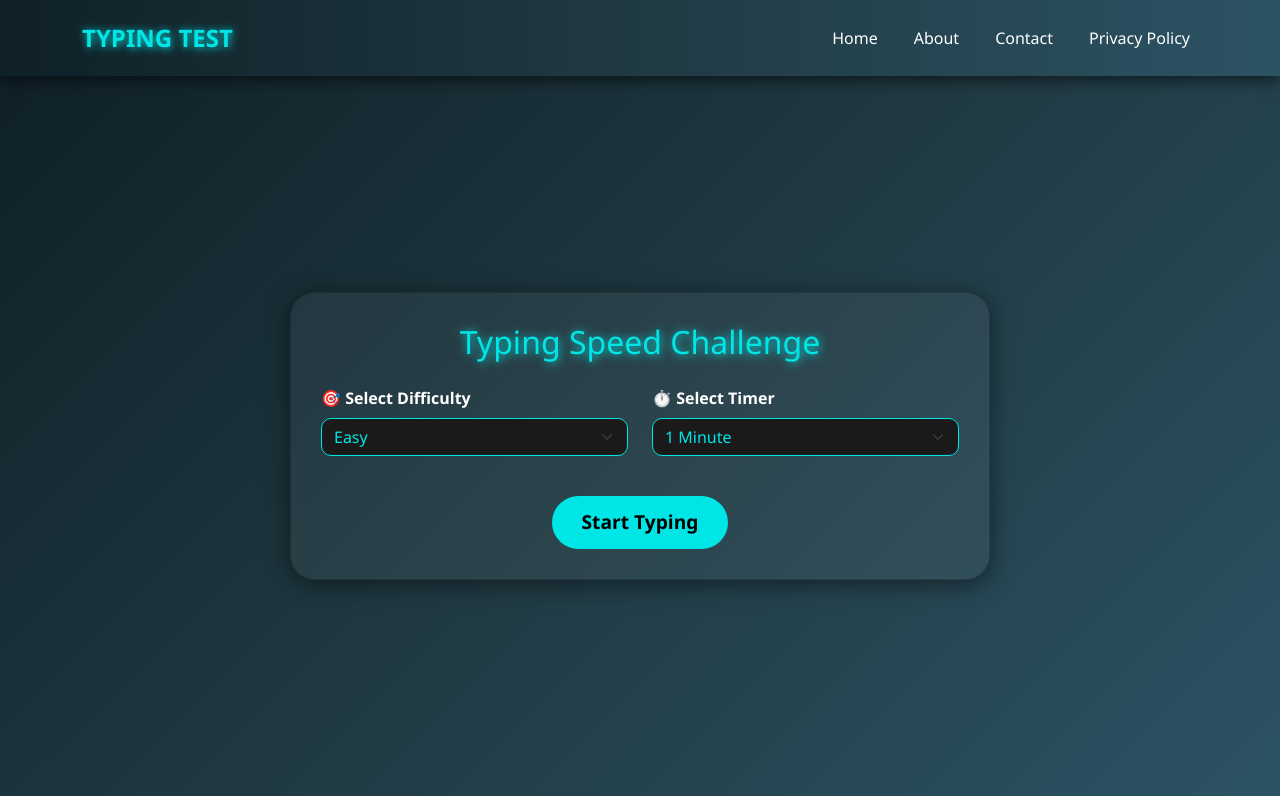
Repository: SHAHZADcodr/typing-test-react
Page: /
These files come from the project's save history. The page is drawn as it stood at one moment and after the next save; the edit follows.
The browser window is 1280 px wide. The pictures show the whole page.
The project was rebuilt for these pictures with package versions that can differ from the ones it lists, and the page was loaded fresh each time. Also part of the build but not shown: src/customCss/About.css, src/pages/About.jsx, src/customCss/Contact.css, src/pages/Contact.jsx, src/customCss/Game.css, src/pages/Game.jsx, src/customCss/GameOver.css, src/pages/GameOver.jsx and 2 more. Imported but missing from the stored project, and not drawn on this page: src/assets/background.mp3, src/assets/pop.mp3.

Above is the page before, as saved 2025-04-14 17:17:48.

After the next save:
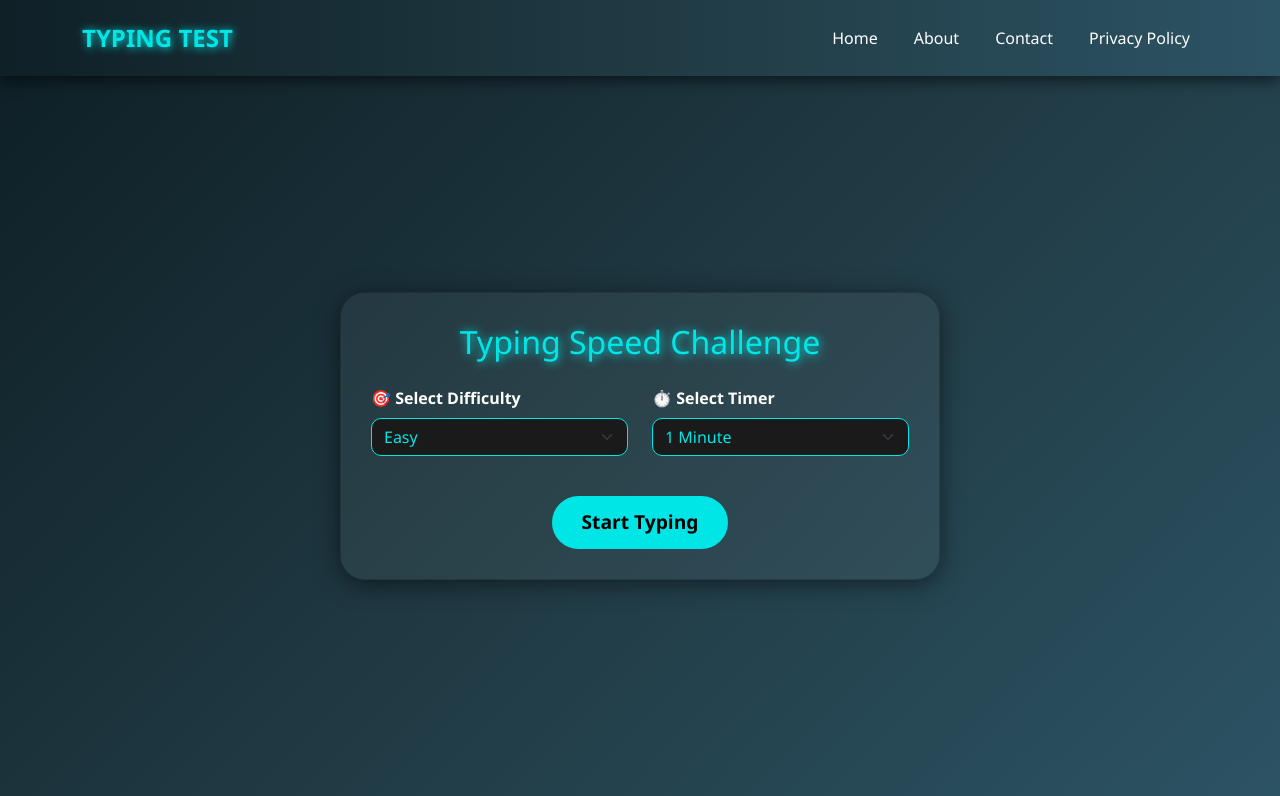
Saved 12 s later.
--- a/src/customCss/Home.css
+++ b/src/customCss/Home.css
@@ -15,7 +15,7 @@
     padding: 30px;
     box-shadow: 0 4px 25px rgba(0, 0, 0, 0.5);
     width: 100%;
-    max-width: 700px;
+    max-width: 600px;
   }
 
   .home-card h2 {
